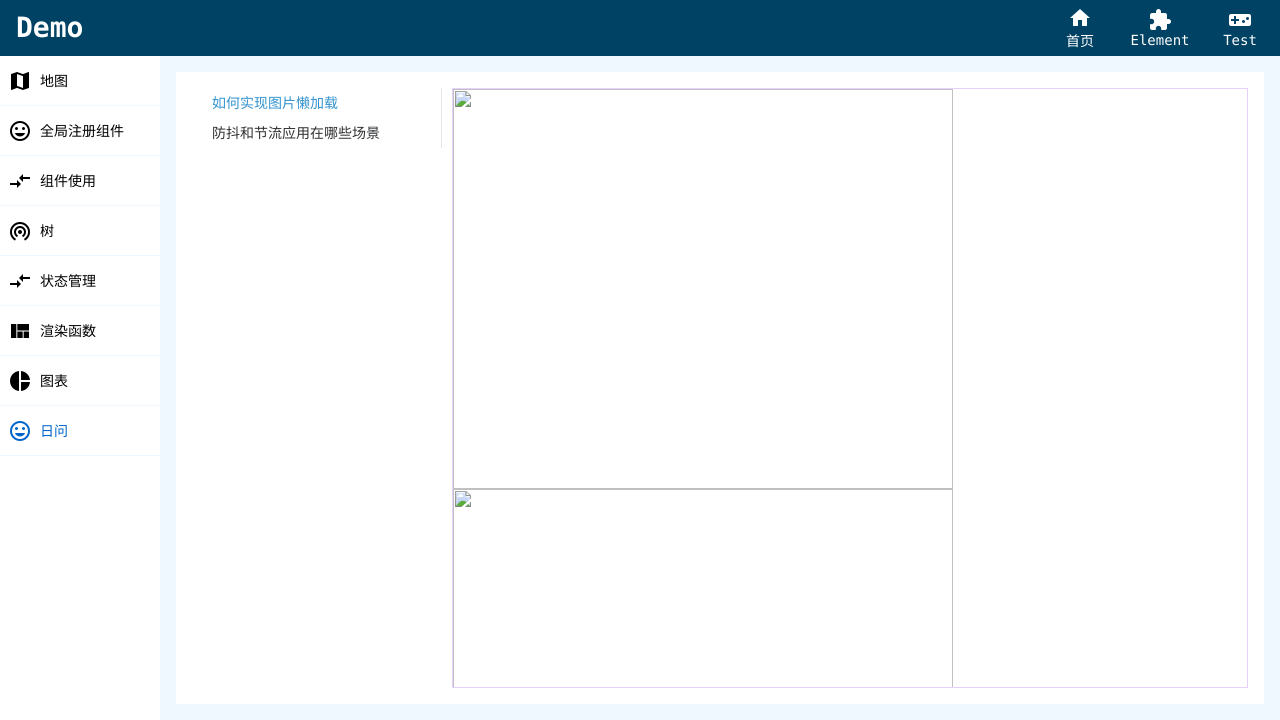
Repository: zh-webliker/element-vue
Page: /lazyLoadingInmg
These files come from the project's save history. The page is drawn as it stood at one moment and after the next save; the edit follows.
The browser window is 1280 px wide. The pictures show the whole page.
An inner scrolling area shows only its first screen. The project was rebuilt for these pictures with package versions that can differ from the ones it lists, and the page was loaded fresh each time. Also part of the build but not shown: vue.config.js, src/components/baseComponts/Basebutton.vue, src/components/baseComponts/Basetitle.vue. Imported but missing from the stored project, and not drawn on this page: src/json/contour, src/json/hl.

Above is the page before, as saved 2020-10-09 17:19:21.

### public/index.html
<!DOCTYPE html>
<html lang="en">
  <head>
    <meta charset="utf-8">
    <meta http-equiv="X-UA-Compatible" content="IE=edge">
    <meta name="viewport" content="width=device-width,initial-scale=1.0">
    <link rel="icon" href="<%= BASE_URL %>favicon.ico">
    <title>demo</title>

  </head>
  <body>
    <noscript>
      <strong>We're sorry but demo doesn't work properly without JavaScript enabled. Please enable it to continue.</strong>
    </noscript>
    <div id="app"></div>
    <!-- built files will be auto injected -->
  </body>
</html>

### src/main.js
import Vue from 'vue'
import App from './App.vue'
import router from './router'
import store from './store/store'

import './style/style.scss'
import 'material-icons'

/***
 * 初始化axios
 * https://www.kancloud.cn/yunye/axios/234845
 */
import axios from 'axios'
axios.defaults.baseURL = process.env.NODE_ENV === 'production' ? '/' : '/api';
axios.defaults.headers.withCredentials = true;
Vue.prototype.$axios = axios;

// import './style/test.scss'

/**
 * element
 * */
import Element from 'element-ui'
import './style/element-variables.scss'
Vue.use(Element);


Vue.config.productionTip = false;

// import upperFirst from 'lodash/upperFirst'
// import camelCase from 'lodash/camelCase'

// const requireComponent = require.context(
//   // 其组件目录的相对路径
//   // '../src/components/baseComponts',
//   './components/baseComponts',
//   // 是否查询其子目录
//   false,
//   // 匹配基础组件文件名的正则表达式
//   /Base[A-Z]\w+\.(vue|js)$/
// )
// console.log(requireComponent.keys())
// requireComponent.keys().forEach(fileName => {
//   // 获取组件配置
//   const componentConfig = requireComponent(fileName)
//   // 这个地方直接传入filename其实就是内部会调用了resolve方法，会返回对应的文件内容（不理解可以console一下看看）
//   // 获取组件的 PascalCase 命名
//   const componentName = upperFirst(
//     camelCase(
//       // 获取和目录深度无关的文件名
//       fileName
//         .split('/')
//         .pop()
//         .replace(/\.\w+$/, '')
//     )
//   )

//   // 全局注册组件
//   Vue.component(
//     componentName,
//     // 如果这个组件选项是通过 `export default` 导出的，
//     // 那么就会优先使用 `.default`，
//     // 否则回退到使用模块的根。
//     componentConfig.default || componentConfig
//   )
// })
import Basebutton from './components/baseComponts/Basebutton.vue'
import Basetitle from './components/baseComponts/Basetitle.vue'
Vue.component('Basebutton', Basebutton)
Vue.component('Basetitle', Basetitle)
new Vue({
  router,
  store,
  render: h => h(App)
}).$mount('#app');

### src/App.vue
<template>
  <div id="app">

    <!--header标签和下面的nav标签，是H5新增的标签，相当于有语义的div-->
    <header class="header">

      <h1>{{appName}}</h1>

      <nav>

        <!--router-link是vue自带组件，用于项目内跳转，会编译成a标签-->
        <router-link to="/Main">
          <i class="material-icons">home</i>
          <span>首页</span>
        </router-link>
        <router-link to="/Element">
          <i class="material-icons">extension</i>
          <span>Element</span>
        </router-link>

        <router-link to="/Test">
          <i class="material-icons">videogame_asset</i>
          <span>Test</span>
        </router-link>
        <!--<router-link to="/">
          <i class="material-icons">logout</i>
          <span>退出</span>
        </router-link>-->
      </nav>
    </header>

    <router-view/>

  </div>
</template>

<script>
  const appName = "Demo";

  export default ({
    name: "App",
    data(){
      return {
        appName
      }
    }
  })

</script>

<style lang="scss">

</style>

### src/router.js
import Vue from 'vue'
import Router from 'vue-router'

Vue.use(Router);

export default new Router({
  mode: 'history',
  routes: [
    {
      path: "/",
      redirect: "/Main"
    },
    {
      name: "Main",
      path: "/Main",
      component: ()=> import('./views/main/Main.vue'),
      children: [
        {
          path: "/",
          redirect: "/Main/Map"
        },
        {
          //在router-link跳转中，如果路由设置了name，也可以用name替代path
          name: "Map",
          path: "/Main/Map",
          component: ()=> import('./views/main/Map.vue')
        },
        {
          name: "Icon",
          path: "/Main/Icon",
          component: ()=> import('./views/main/Icon.vue')
        },
        {
          name: "Tree",
          path: "/Main/Tree",
          component: ()=> import('./views/main/Tree.vue')
        },
        {
          name: "Storage",
          path: "/Main/Storage",
          component: ()=> import('./views/main/Storage.vue')
        },
        {
          name: "Storage2",
          path: "/Main/Storage2",
          component: ()=> import('./views/main/Storage2.vue')
        },
        {
          name: "Deliver",
          path: "/Main/Deliver",
          component: ()=> import('./views/main/Deliver.vue')
        },
        {
          name: "Charts",
          path: "/Main/Charts",
          component: ()=> import('./views/main/Charts.vue')
        },
        {
          name: "dailyQuestion",
          path: "/dailyQuestion",
          component: ()=> import('./views/main/dailyQuestion.vue'),
          children: [
            {
              name: "lazyLoadingInmg",
              path: "/lazyLoadingInmg",
              component: ()=> import('./components/dailyQuestion/lazyLoadingInmg.vue')
            },
            {
              name: "debounce",
              path: "/debounce",
              component: ()=> import('./components/dailyQuestion/debounce.vue')
            },
          ]
        }
      ]
    },
    {
      name: "Element",
      path: "/Element",
      component: ()=> import('./views/element/ElementMain.vue'),
      children: [
        {
          path: "/",
          redirect: "/Element/Table"
        },
        {
          name: "Table",
          path: "/Element/Table",
          component: ()=> import('./views/element/Table.vue'),
        },
        {
          name: "Tab",
          path: "/Element/Tab",
          component: ()=> import('./views/element/Tab.vue'),
        },
        {
          name: "Form",
          path: "/Element/Form",
          component: ()=> import('./views/element/Form.vue'),
        },
        {
          name: "Tree",
          path: "/Element/Tree",
          component: ()=> import('./views/element/Tree.vue'),
        }
      ]
    },

    {
      name: "Test",
      path: "/Test",
      component: ()=> import('./views/test/Test.vue'),
      redirect: "/Test/Mixin",

      children:[
        {
          name: "Mixin",
          path: "/Test/Mixin",
          component: ()=> import('./views/test/mixins/Index.vue')
        },
        {
          name: "DraggableModule",
          path: "/Test/DraggableModule",
          component: ()=> import('./views/test/draggable/DraggableModule.vue')
        }
      ]
    },

    //把404页面放到最后匹配剩下的全部页面
    {
      name: "404",
      path: "*",
      component: ()=> import('./views/404.vue'),
    }

  ]
})

### src/store/store.js
import Vue from 'vue'
import Vuex from 'vuex'

import StorageStore from './StorageStore'

Vue.use(Vuex);

export default new Vuex.Store({
  state: {

  },
  mutations: {

  },
  actions: {

  },

  //引入模组store
  modules: {
    storage: StorageStore
  }
})

### src/style/style.scss


/*theme*/
$primaryColor: #0065cb;
$primaryTextColor: white;
$primaryBgColor: #004264;
$bgColor: white;

/*global*/
a {
  text-decoration: none;
  color: inherit;
}
.page {
  position: absolute;
  top: 56px;
  bottom: 0;
  left: 0;
  right: 0;
  background-color: aliceblue;
}


/*body*/
body{
  padding: 0; margin: 0;
  font-family: 'Consolas', 'Microsoft YaHei UI';
  font-size: 14px;
}

/*header*/
header {
  background-color: $primaryBgColor;
  color: $primaryTextColor;
  padding: 0 16px;
  position: relative;
  height: 56px;

  h1 {
    margin: 0;
    line-height: 56px;
  }

  nav {
    position: absolute;
    right: 0;
    top: 0;
    height: 100%;
    cursor: pointer;
    display: flex;
    justify-content: center;

    a {
      display: inline-flex;
      width: 80px;
      height: 100%;
      justify-content: center;
      flex-direction: column;
      text-align: center;

      &:hover{
        background-color: rgba(255,255,255,0.1);
      }

      &.router-link-active{
        background-color: rgba(255,255,255,0.4);
      }
    }
  }
}

/*left navbar*/
.left-nav {
  position: absolute;
  width: 160px;
  top: 0;
  bottom: 0;
  left: 0;
  background-color: white;
  //color: $primaryTextColor;


  a {
    position: relative;
    display: flex;
    width: 100%;
    height: 50px;
    cursor: pointer;

    &:hover{
      //background-color: rgba(100,100,100,0.1);
      color: rgb(100,100,100);
    }
    &.router-link-active{
      //background-color: rgba(0,0,0,0.1);
      color: $primaryColor;
    }
    &:after{
      content: "";
      position: absolute;
      bottom: 0;
      width: 100%;
      height: 1px;
      //transform: scaleY(0.5);
      background-color: aliceblue;
    }

    i {
      line-height: 50px;
      width: 40px;
      text-align: center;
      font-size: 24px;
    }
    span {
      line-height: 50px;
      font-size: 14px;
    }

  }
}


.page-content {
  position: absolute;
  left: 160px;
  top: 0;
  bottom: 0;
  right: 0;
  //background-color: aliceblue;
  margin: 16px;
  padding: 16px;
  background-color: white;
  overflow-y: auto;
  overflow-x: auto;

  article{
    padding-bottom: 80px;
  }
}

### src/style/element-variables.scss
/* 改变主题色变量 */
// $--color-primary: #00806a;
$--color-primary: rgb(51, 147, 207);
// $--color-danger:pink;
/* 改变 icon 字体路径变量，必需 */
$--font-path: '~element-ui/lib/theme-chalk/fonts';

@import "~element-ui/packages/theme-chalk/src/index";

.el-main>div:nth-child(2){
  padding: 16px;
}

### src/views/main/Main.vue
<template>
  <div class="page">

    <nav class="left-nav">
      <router-link to="Map">
        <i class="material-icons">map</i>
        <span>地图</span>
      </router-link>
      <router-link to="Icon">
        <i class="material-icons">insert_emoticon</i>
        <span>全局注册组件</span>
      </router-link>
      <router-link to="Storage2">
        <i class="material-icons">compare_arrows</i>
        <span>组件使用</span>
      </router-link>
      <router-link to="Tree">
        <i class="material-icons">wifi_tethering</i>
        <span>树</span>
      </router-link>
      <router-link to="Storage">
        <i class="material-icons">compare_arrows</i>
        <span>状态管理</span>
      </router-link>
      <router-link to="Deliver">
        <i class="material-icons">view_quilt</i>
        <span>渲染函数</span>
      </router-link>
      <router-link to="Charts">
        <i class="material-icons">pie_chart</i>
        <span>图表</span>
      </router-link>
      <router-link to="lazyLoadingInmg">
        <i class="material-icons">insert_emoticon</i>
        <span>日问</span>
      </router-link>
    </nav>

    <div class="page-content">
      <router-view/>
    </div>
  </div>
</template>

<script>
  export default {
    name: "Main"
  }
</script>

<style scoped>

</style>

### src/views/main/dailyQuestion.vue
<template>
  <div class="dailyQuestionPage">
    <nav class="leftNav">
      <el-menu :default-active="isActive" router>
        <el-menu-item v-for='i in menu' :key='i.id' :index="i.url">{{i.title}}</el-menu-item>
      </el-menu>
    </nav>
    <div class="rightContent">
      <router-view></router-view>
    </div>
  </div>
</template>

<script>
export default {
  name: 'dailyQuestion',
  data () {
    return {
      menu: [
        {title: '如何实现图片懒加载', url: '/lazyLoadingInmg' , id: '1'},
        {title: '防抖和节流应用在哪些场景', url: '/debounce', id: '2'}
      ],
    }
  },
  computed: {
    isActive () {
      console.log(this.$route.name)
      if (this.$route.name === 'dailyQuestion') {
        return '/lazyLoadingInmg'
      } else {
        return this.$route.path
      }
    }
  }
}
</script>

<style lang='scss' scoped>
.dailyQuestionPage {
  display: flex;
  height: 100%;
  .leftNav {
    width: 250px;
    height: 100%;
    // background: rgb(252, 253, 201);
    margin-right: 10px;
    .el-menu-item {
      height: 30px;
      line-height: 30px;
    }
  }
  .rightContent {
    flex: 1 1 auto;
    // min-width: 300px;
    border: 1px solid rgb(231, 209, 252);
  }
}
</style>

### src/components/dailyQuestion/lazyLoadingInmg.vue
<template>
  <div class="lazyLoadingInmgPage">
    <el-scrollbar style="height: 100%;" ref="scrollbar">
      <div class="father" ref="father">
        <div v-for="(i, index) in imgArray" :key="index" class="imgbox">
          <img src="" :data-src='i.url'>
        </div>
      </div>
    </el-scrollbar>
  </div>
</template>

<script>
import _ from 'lodash'
export default {
  name: 'lazyLoadingInmg',
  data () {
    return {
      imgArray: [
        {url: require('../../assets/photos/1.jpeg')},
        {url: require('../../assets/photos/2.jpg')},
        {url: require('../../assets/photos/3.jpg')},
        {url: require('../../assets/photos/1.jpeg')},
        {url: require('../../assets/photos/2.jpg')},
        {url: require('../../assets/photos/3.jpg')},
        // 加require 因为在动态加载图片时，webpack会把图片当成模块处理，所以url-loader无法解析图片地址
        // npm run serve / build 后导致图片路径没有进行处理
      ]
    }
  },
  mounted () {
    const imgbox = this.$refs.scrollbar.wrap
    imgbox.addEventListener('scroll', _.throttle(this.updatePosition, 100))
    imgbox.addEventListener('scroll', this.updatePosition1)

  },
  methods: {
    updatePosition () {
      console.log('aaa')
      console.log(document.getElementsByClassName('imgbox')[5].getBoundingClientRect().top < document.documentElement.clientHeight)
    },
    updatePosition1 () {
      console.log('bbb')
    }
  }
}
</script>

<style lang='scss' scoped>
.lazyLoadingInmgPage {
  height: 100%;
  .el-scrollbar__wrap{
    overflow-y: scroll;
    overflow-x: hidden !important;
  }
  .father {
    height: 2400px;
  }
  .imgbox {
    width: 500px;
    height: 400px;
    img {
      display: block;
      width: 100%;
      height: 100%;
    }
  }
}
</style>

### src/store/StorageStore.js

//vuex store 模块
//https://vuex.vuejs.org/zh/guide/modules.html

export default {

  //开启命名空间
  namespaced: true,

  //状态
  state: {
    "storageText": "请输入一些文字",
    "storageTime": 0
  },

  //set操作
  mutations: {
    setText: (state, text)=> state.storageText = text,
    setTime: (state, time)=> state.storageTime = time
  },

  //批量操作，可以执行异步
  actions: {
    setStorage(context, obj){
      context.commit('setText', obj.text);
      context.commit('setTime', obj.time);
    }
  },

  //get操作
  getters:{
    getText(state) {
      return state.storageText;
    },
    getTime(state) {
      return state.storageTime;
    },
    getNextTime(state){
      return state.storageTime + 60;
    }
  }
}

After the next save:
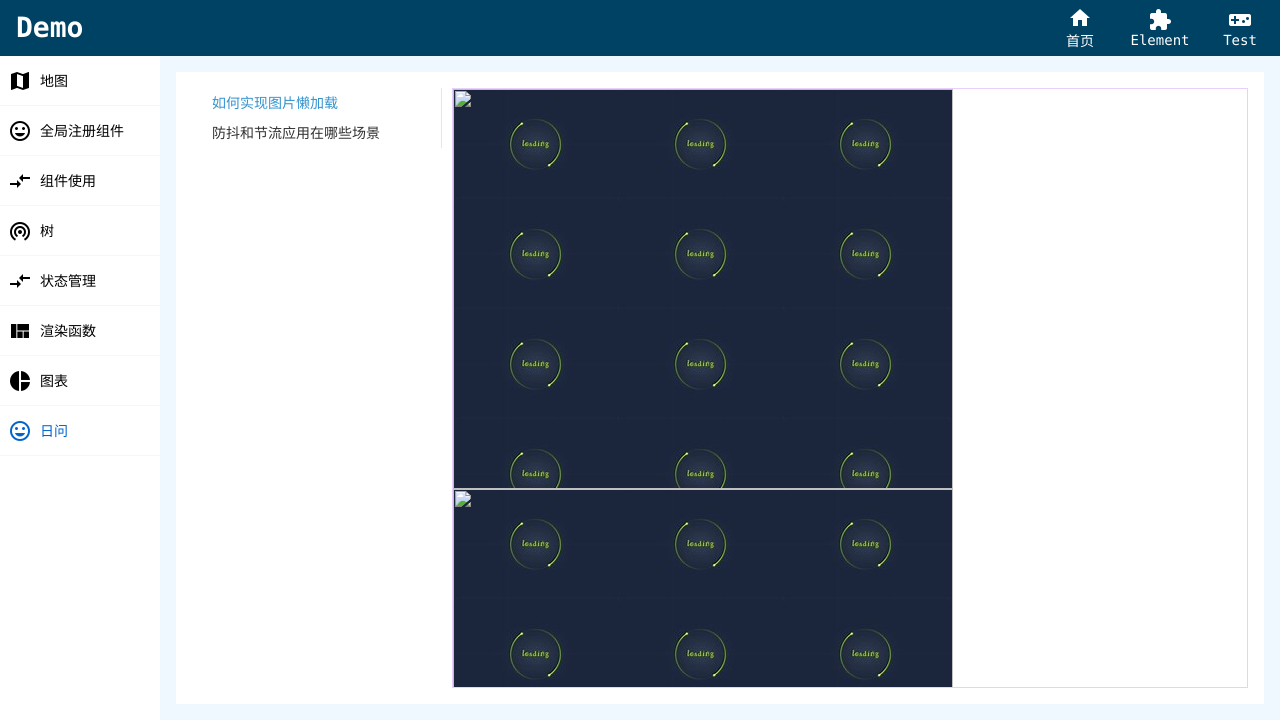
Saved 4 min 28 s later.
--- a/src/components/dailyQuestion/lazyLoadingInmg.vue
+++ b/src/components/dailyQuestion/lazyLoadingInmg.vue
@@ -3,7 +3,7 @@
     <el-scrollbar style="height: 100%;" ref="scrollbar">
       <div class="father" ref="father">
         <div v-for="(i, index) in imgArray" :key="index" class="imgbox">
-          <img src="" :data-src='i.url'>
+          <img src="" :data-src='i.url' class="lazy-image">
         </div>
       </div>
     </el-scrollbar>
@@ -55,6 +55,9 @@ export default {
   }
   .father {
     height: 2400px;
+    .lazy-image {
+      background: url('../../assets/photos/th.jpg') ;
+    }
   }
   .imgbox {
     width: 500px;
